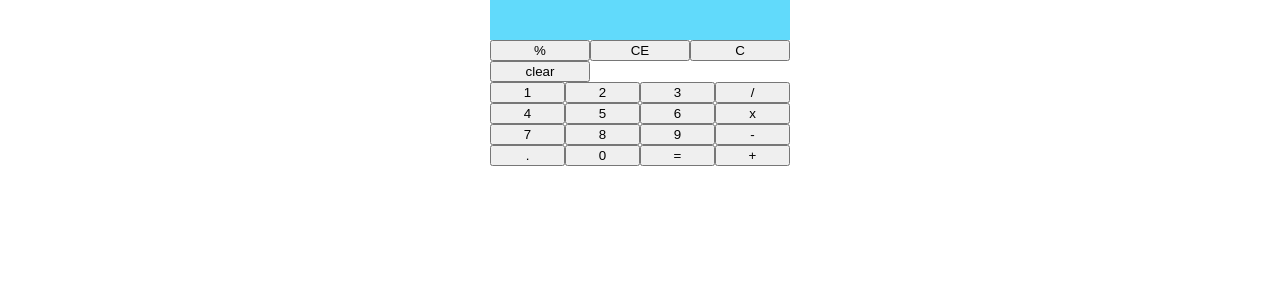
Repository: hoangphuong965/calculator_react
Page: /
These files come from the project's save history. The page is drawn as it stood at one moment and after the next save; the edit follows.
The browser window is 1280 px wide. The pictures show the whole page.
The project was rebuilt for these pictures with package versions that can differ from the ones it lists, and the page was loaded fresh each time.

Above is the page before, as saved 2020-08-04 11:17:56.

### src/App.js
import React, { useState } from "react";
import "./App.css";
import Key from "./component/Key";
import Output from "./component/Output";

function App() {
  const [result, setResult] = useState("");

  const buttonPress = (button) => {
    try {
      if (button === "=") {
        calculate();
      } else if (button === "C" || button === "CE") {
        reset();
      } else if (button === "%" || result === "%"){
        percent();
      } else if(button === "clear") {
        clear();
      }
      else {
        setResult(result + button);
      }
    } catch (error) {
      return;
    }
  };

  const calculate = () => {
    // eslint-disable-next-line
    setResult(eval(result));
  };

  const reset = () => {
    setResult("");
  };

  const percent = () => {
    setResult(result/100)
  };

  const clear = () =>{
    setResult(result.slice(0, -1));
  }

  return (
    <div className="App">
      <Output result={result} />
      <Key buttonPress={buttonPress} />
    </div>
  );
}

export default App;

### src/App.css
.App {
  text-align: center;
  width: 300px;
  margin: auto;
}

.App-logo {
  height: 40vmin;
  pointer-events: none;
}

@media (prefers-reduced-motion: no-preference) {
  .App-logo {
    animation: App-logo-spin infinite 20s linear;
  }
}

.App-header {
  background-color: #282c34;
  min-height: 100vh;
  display: flex;
  flex-direction: column;
  align-items: center;
  justify-content: center;
  font-size: calc(10px + 2vmin);
  color: white;
}

.App-link {
  color: #61dafb;
}

@keyframes App-logo-spin {
  from {
    transform: rotate(0deg);
  }
  to {
    transform: rotate(360deg);
  }
}

.key-number {
  display: grid;
  grid-template-columns: 2fr 2fr 2fr 2fr;
}

.key-controls{
  display: grid;
  grid-template-columns: 2fr 2fr 2fr;
}

.output {
  width: 100%;
  height: 40px;
  background-color: #61dafb;
  position: relative;
}
.result {
  position: absolute;
  right: 5%;
}

### src/component/Key.js
import React from "react";

const Key = ({ buttonPress }) => {
  const button = (e) => {
    buttonPress(e.target.name);
  };

  return (
    <div>
      <div className="key">
        <div className="key-controls">
          <button name="%" onClick={button}>
            %
          </button>
          <button name="CE" onClick={button}>
            CE
          </button>
          <button name="C" onClick={button}>
            C
          </button>
          <button name="clear" onClick={button}>
            clear
          </button>
        </div>
        <div className="key-number">
          <button name="1" onClick={button}>
            1
          </button>
          <button name="2" onClick={button}>
            2
          </button>
          <button name="3" onClick={button}>
            3
          </button>
          <button name="/" onClick={button}>
            /
          </button>
          <button name="4" onClick={button}>
            4
          </button>
          <button name="5" onClick={button}>
            5
          </button>
          <button name="6" onClick={button}>
            6
          </button>
          <button name="*" onClick={button}>
            x
          </button>
          <button name="7" onClick={button}>
            7
          </button>
          <button name="8" onClick={button}>
            8
          </button>
          <button name="9" onClick={button}>
            9
          </button>
          <button name="-" onClick={button}>
            -
          </button>
          <button name="." onClick={button}>
            .
          </button>
          <button name="0" onClick={button}>
            0
          </button>
          <button name="=" onClick={button}>
            =
          </button>
          <button name="+" onClick={button}>
            +
          </button>
        </div>
      </div>
    </div>
  );
};

export default Key;

### src/component/Output.js
import React from "react";

function Output({ result, input }) {
  return (
    <div className="output">
      <p className="result">{result}</p>
    </div>
  );
}

export default Output;

Loaded but not shown: public/index.html (common file); src/index.js (common file); src/index.css (common file); src/serviceWorker.js (common file)

After the next save:
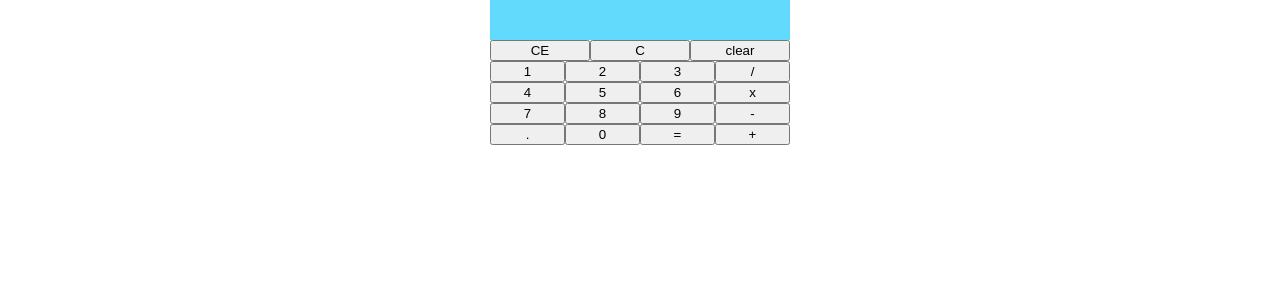
Saved 26 s later.
--- a/src/component/Key.js
+++ b/src/component/Key.js
@@ -9,9 +9,9 @@ const Key = ({ buttonPress }) => {
     <div>
       <div className="key">
         <div className="key-controls">
-          <button name="%" onClick={button}>
+          {/* <button name="%" onClick={button}>
             %
-          </button>
+          </button> */}
           <button name="CE" onClick={button}>
             CE
           </button>
